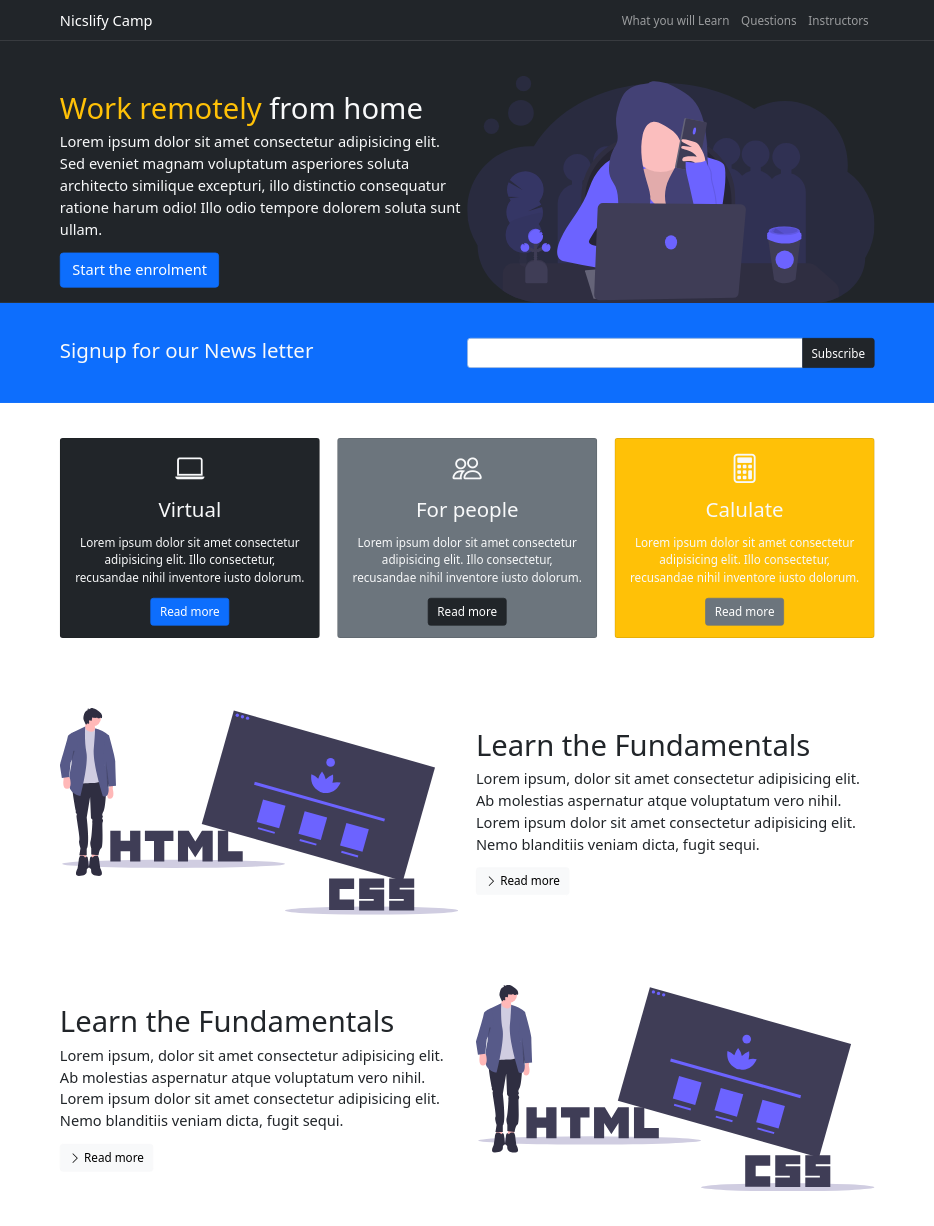
Repository: Eugene44-hub/enrollment-site
Page: index.html
An editor plug-in stored every save of this project. The page is shown before and after the next save, followed by the edit.
The browser window is 1280 px wide. The pictures show the whole page, at 73% of full size.
Some web libraries are served in a nearby version.

Above is the page before, as saved 2021-10-20 12:22:19.

### index.html
<!DOCTYPE html>
<html lang="en">

<head>
    <meta charset="UTF-8">
    <meta http-equiv="X-UA-Compatible" content="IE=edge">
    <meta name="viewport" content="width=device-width, initial-scale=1.0">
    <!-- CSS only -->
    <link href="https://cdn.jsdelivr.net/npm/bootstrap@5.1.3/dist/css/bootstrap.min.css" rel="stylesheet" integrity="sha384-1BmE4kWBq78iYhFldvKuhfTAU6auU8tT94WrHftjDbrCEXSU1oBoqyl2QvZ6jIW3" crossorigin="anonymous">
    <link rel="stylesheet" href="https://cdn.jsdelivr.net/npm/bootstrap-icons@1.6.1/font/bootstrap-icons.css">
    <link rel="stylesheet" href="style.css">
    <title>Bootstrap webpage</title>
</head>

<body>
    <!-- nav bar starts -->
    <nav class="navbar navbar-expand-md bg-dark navbar-dark">
        <div class="container">
            <a href="" class="navbar-brand">Nicslify Camp</a>

            <button class="navbar-toggler" type="button" data-bs-toggle='collapse' data-bs-target="#navmenu">
              <span class="navbar-toggler-icon"></span>
            </button>

            <div class="collapse navbar-collapse" id="navmenu">
                <ul class="navbar-nav ms-auto text-center text-sm-start">
                    <li class="nav-item">
                        <a href="#learn" class="nav-link">What you will Learn</a>
                    </li>
                    <li class="nav-item">
                        <a href="#" class="nav-link">Questions</a>
                    </li>
                    <li class="nav-item">
                        <a href="#" class="nav-link">Instructors</a>
                    </li>
                </ul>
            </div>
        </div>
    </nav>
    <!-- nav bar ends -->


    <!-- showCase starts -->
    <section class="bg-dark text-light text-center text-sm-start p-lg-0 pt-5 pb-5">
        <div class="container">
            <div class="d-md-flex pt-5 align-items-center">
                <div class="">
                    <div class="h1 "><span class="text-warning">Work remotely</span> from home</div>
                    <p class="lead">Lorem ipsum dolor sit amet consectetur adipisicing elit. Sed eveniet magnam voluptatum asperiores soluta architecto similique excepturi, illo distinctio consequatur ratione harum odio! Illo odio tempore dolorem soluta sunt ullam.</p>
                    <button class="btn btn-primary btn-lg ">Start the enrolment</button>
                </div>
                <img src="undraw_working_remotely_jh40.svg" class="img-fluid w-50 d-none d-md-block" alt="">
            </div>
        </div>
    </section>
    <!-- showCase ends -->

    <!-- signup starts -->
    <section class="bg-primary text-light p-5">
        <div class="container">
            <div class="d-md-flex justify-content-between">
                <p class="h3">Signup for our News letter</p>
                <div class="input-group" id="input-field">
                    <input type="text" class="form-control">
                    <button type="button" class="btn btn-dark">Subscribe</button>
                </div>
            </div>
        </div>
    </section>
    <!-- signup ends -->

    <!-- boxes starts -->
    <section class="my-5">
        <div class="container">
            <div class="row g-4">
                <div class="col-md">
                    <div class="card bg-dark text-center text-light ">
                        <div class="card-body">
                            <div class="h1 mb-3"><i class="bi bi-laptop"></i></div>
                            <div class="card-title h3 mb-3">Virtual</div>
                            <div class="card-text">
                                Lorem ipsum dolor sit amet consectetur adipisicing elit. Illo consectetur, recusandae nihil inventore iusto dolorum.
                            </div>
                            <a href="" class="btn btn-primary mt-3">Read more</a>
                        </div>
                    </div>


                </div>
                <div class="col-md">
                    <div class="card bg-secondary text-center text-light ">
                        <div class="card-body">
                            <div class="h1 mb-3"><i class="bi bi-people"></i></div>
                            <div class="card-title h3 mb-3">For people</div>
                            <div class="card-text">
                                Lorem ipsum dolor sit amet consectetur adipisicing elit. Illo consectetur, recusandae nihil inventore iusto dolorum.
                            </div>
                            <a href="" class="btn btn-dark mt-3">Read more</a>
                        </div>
                    </div>
                </div>
                <div class="col-md">
                    <div class="card bg-warning text-center text-light ">
                        <div class="card-body">
                            <div class="h1 mb-3"><i class="bi bi-calculator"></i></div>
                            <div class="card-title h3 mb-3">Calulate</div>
                            <div class="card-text">
                                Lorem ipsum dolor sit amet consectetur adipisicing elit. Illo consectetur, recusandae nihil inventore iusto dolorum.
                            </div>
                            <a href="" class="btn btn-secondary mt-3">Read more</a>
                        </div>
                    </div>
                </div>
            </div>
        </div>
    </section>
    <!-- boxes starts -->

    <!-- learn section starts -->
    <section class="p-5" id=learn>
        <div class="container">
            <div class="row align-items-center">

                <div class="col-md m-auto">
                    <img src=" frontend.svg " class="img-fluid">
                </div>



                <div class="col-md mt-5 mt-md-0 ">
                    <h1>Learn the Fundamentals</h1>
                    <p class="lead ">
                        Lorem ipsum, dolor sit amet consectetur adipisicing elit. Ab molestias aspernatur atque voluptatum vero nihil. <br> Lorem ipsum dolor sit amet consectetur adipisicing elit. Nemo blanditiis veniam dicta, fugit sequi.
                    </p>
                    <a href=# class="btn btn-light"><i class="bi bi-chevron-right"></i> Read more</a>
                </div>
            </div>
        </div>
    </section>

    <section class="p-5" id=learn>
        <div class="container">
            <div class="row align-items-center">

                <div class="col-md mt-5 mt-md-0 ">
                    <h1>Learn the Fundamentals</h1>
                    <p class="lead ">
                        Lorem ipsum, dolor sit amet consectetur adipisicing elit. Ab molestias aspernatur atque voluptatum vero nihil. <br> Lorem ipsum dolor sit amet consectetur adipisicing elit. Nemo blanditiis veniam dicta, fugit sequi.
                    </p>
                    <a href=# class="btn btn-light"><i class="bi bi-chevron-right"></i> Read more</a>
                </div>

                <div class="col-md m-auto">
                    <img src=" frontend.svg " class="img-fluid">
                </div>
            </div>
        </div>
    </section>
    <!-- learn section ends -->


</body>
<!-- JavaScript Bundle with Popper -->
<script src="https://cdn.jsdelivr.net/npm/bootstrap@5.1.3/dist/js/bootstrap.bundle.min.js " integrity="sha384-ka7Sk0Gln4gmtz2MlQnikT1wXgYsOg+OMhuP+IlRH9sENBO0LRn5q+8nbTov4+1p " crossorigin="anonymous "></script>

</html>

### style.css
@media screen and (min-width:768px) {
    #input-field {
        width: 50%;
    }
}

After the next save:
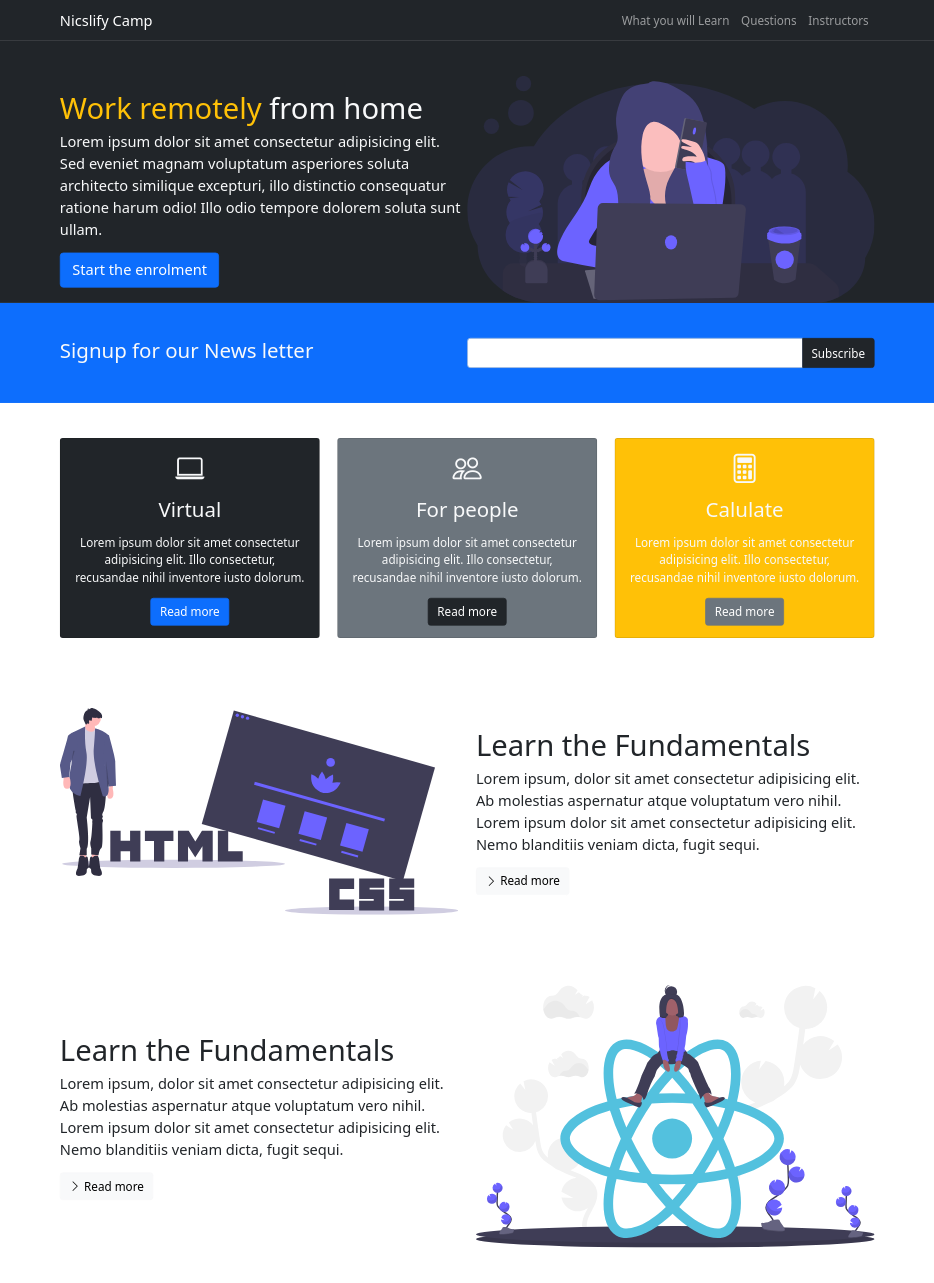
Saved 40 s later.
--- a/index.html
+++ b/index.html
@@ -151,7 +151,7 @@
                 </div>
 
                 <div class="col-md m-auto">
-                    <img src=" frontend.svg " class="img-fluid">
+                    <img src=" react.svg " class="img-fluid">
                 </div>
             </div>
         </div>
